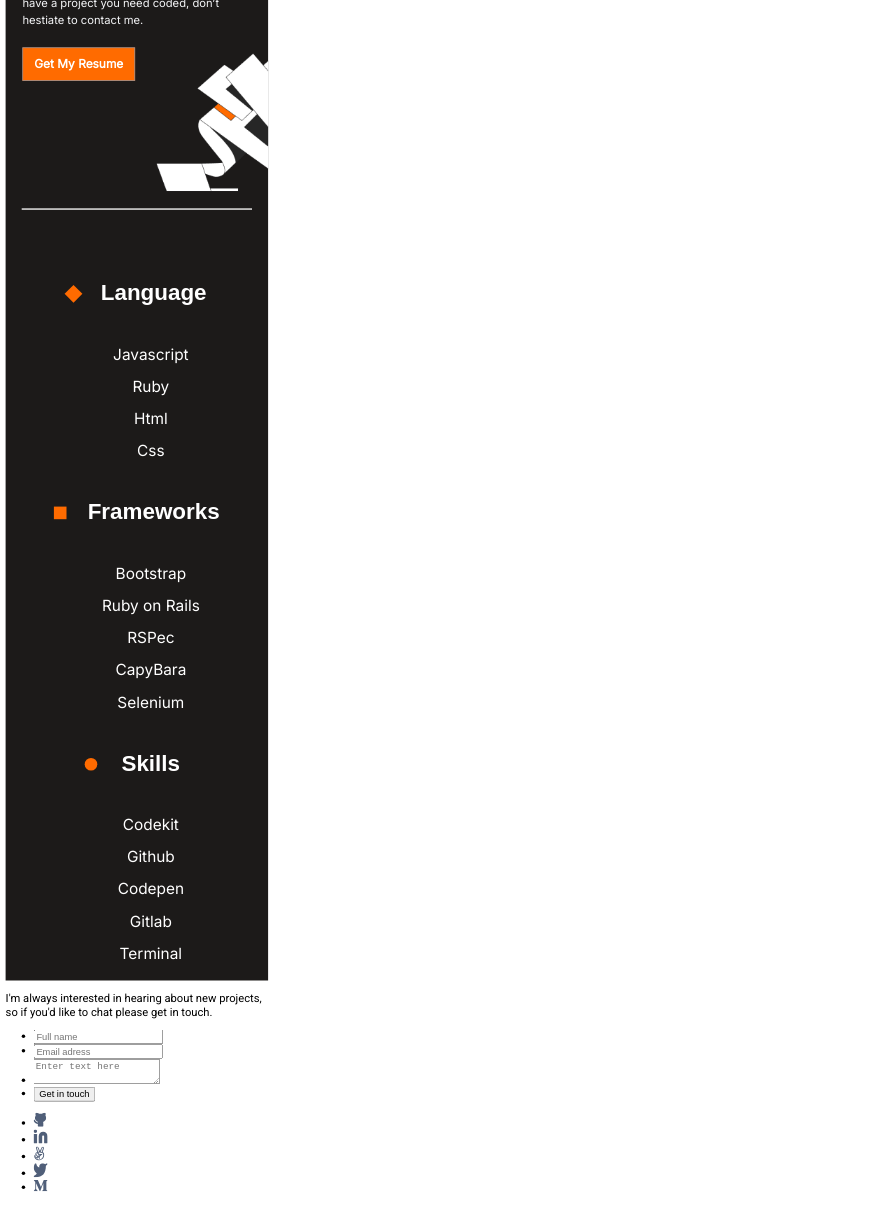
Repository: iBel251/portfolio
Page: index.html
An editor plug-in stored every save of this project. The page is shown before and after the next save, followed by the edit.
The browser window is 1280 px wide. The pictures show the part of the page from y = 4434 to 6354 px (the page is 6156 px tall before and 6354 px after), at 70% of full size.
Some web fonts or font styles are not loaded; a fallback is used.

Above is the page before, as saved 2022-03-22 10:38:47.

After the next save:
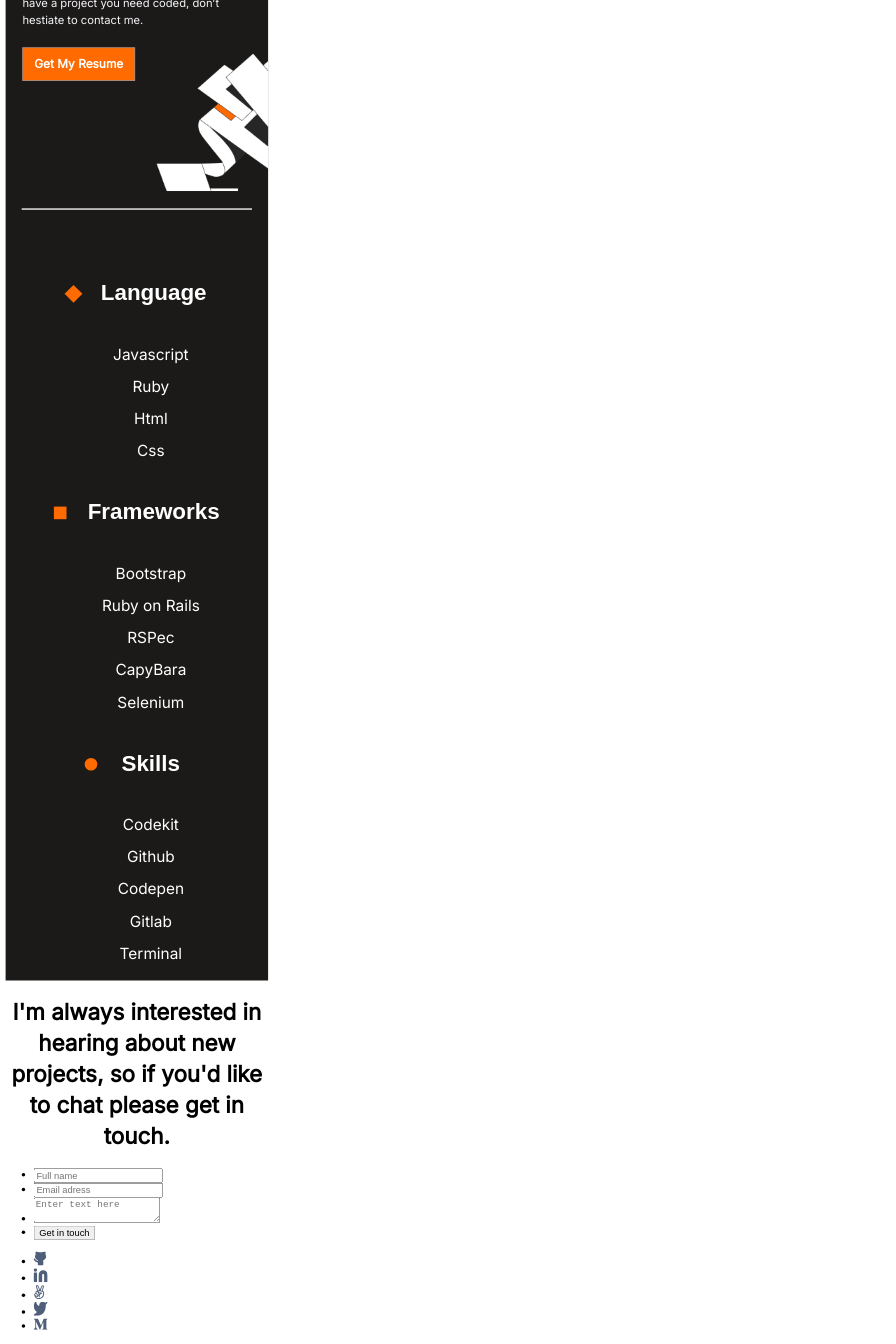
Saved 106 s later.
--- a/style.css
+++ b/style.css
@@ -402,3 +402,16 @@
 .contact-me{
   width: 375px;
 }
+
+.contact-me p{
+
+font-family: 'Inter';
+font-style: normal;
+font-weight: 700;
+font-size: 32px;
+line-height: 44px;
+text-align: center;
+order: 0;
+flex-grow: 0;
+margin: 24px 0px;
+}
